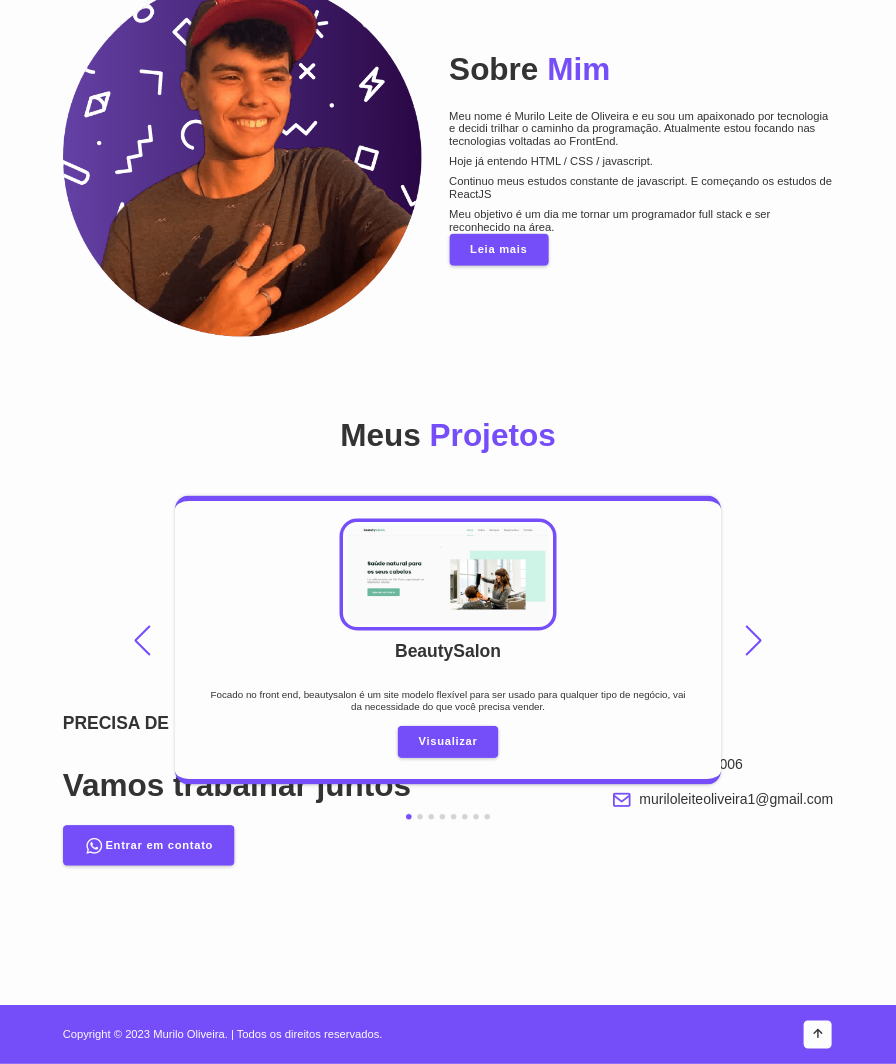
Repository: devMuriloOliveira/Portfolio-
Page: index.html
The author's editor kept a copy of each file at every save. The page is drawn from the files as they stood at one save, then again after the next save.
The browser window is 1280 px wide. The pictures show the part of the page from y = 894 to 2814 px (the page is 2414 px tall before and 2814 px after), at 70% of full size.
Some web fonts or font styles are not loaded; a fallback is used.

Above is the page before, as saved 2023-03-14 19:46:48.

After the next save:
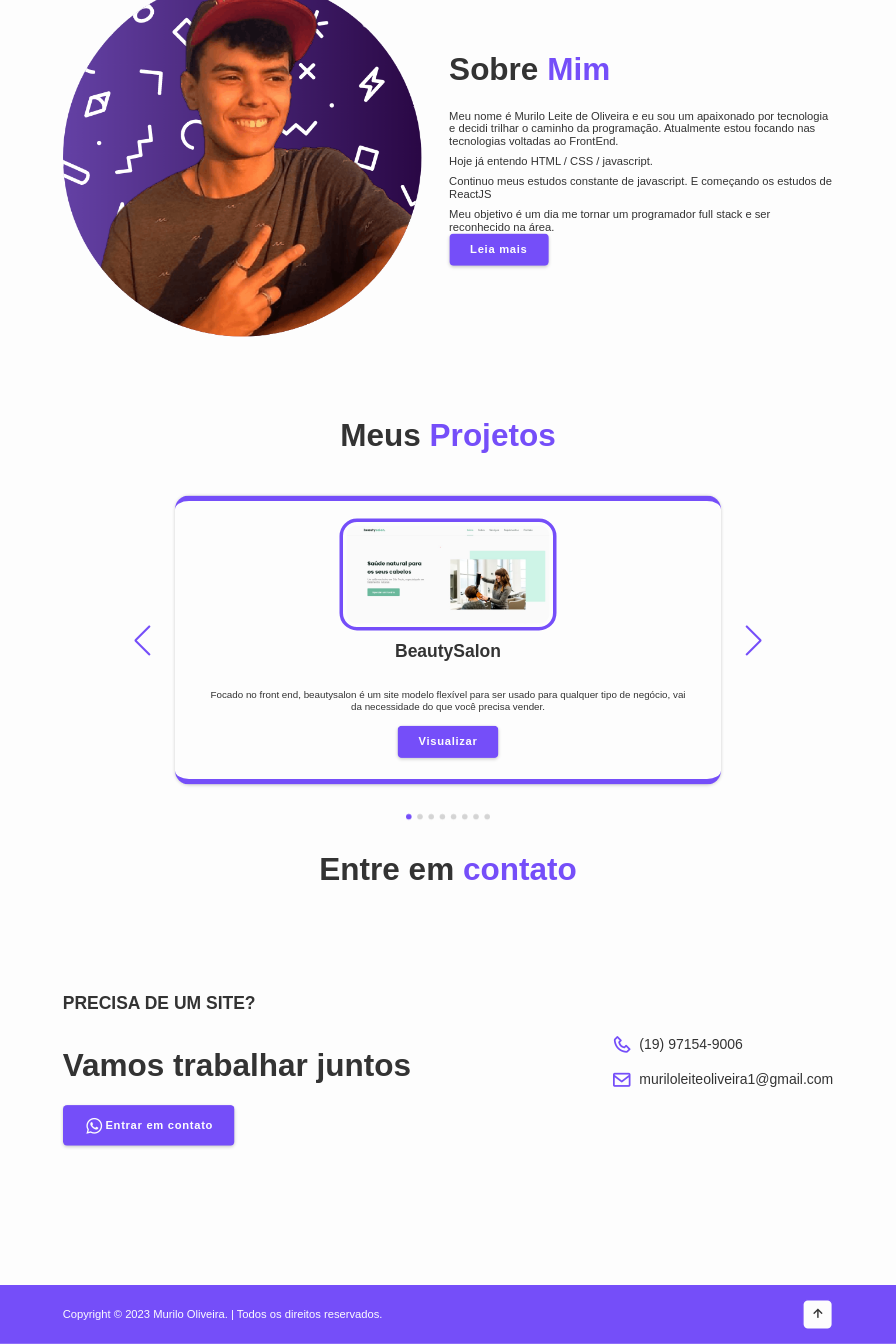
Saved 4 s later.
--- a/style.css
+++ b/style.css
@@ -369,7 +369,7 @@ span{
 
 /*=================contato=====================*/
 #contato{
-  margin-top: -55rem;
+  margin-top: -15rem;
 }
 
 .contato-container{
